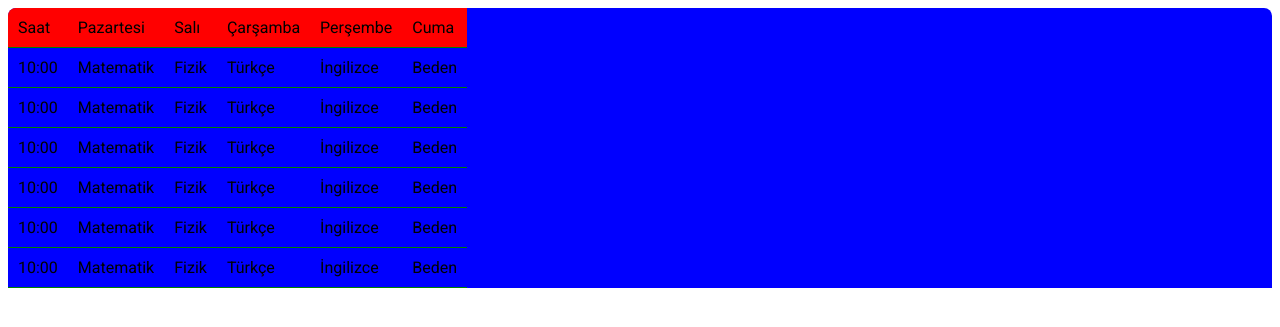
Repository: ahmetbugraozcan/css-ders-programi
Page: deneme2.html
The author's editor kept a copy of each file at every save. The page is drawn from the files as they stood at one save, then again after the next save.
The browser window is 1280 px wide. The pictures show the whole page.

Above is the page before, as saved 2021-07-10 14:38:19.

After the next save:
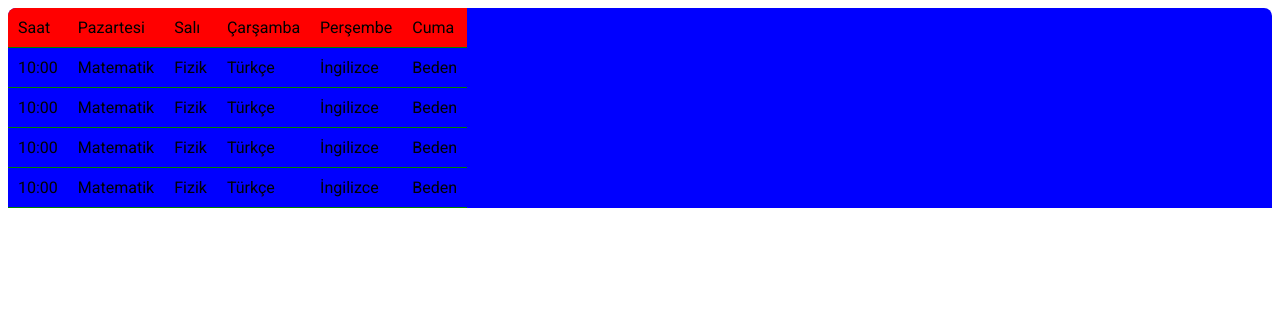
Saved 20 s later.
--- a/deneme2.html
+++ b/deneme2.html
@@ -4,35 +4,39 @@
 <head>
     <link href='http://fonts.googleapis.com/css?family=Roboto' rel='stylesheet' type='text/css'>
     <style>
-        *{
+        * {
             box-sizing: border-box;
         }
+
         body {
-        font-family: 'Roboto', sans-serif;
+            font-family: 'Roboto', sans-serif;
 
-    }
+        }
+
         .head {
             background-color: red;
 
         }
+
         .row {
             border-radius: 8px 8px 0 0;
             overflow: hidden;
-
+height: 200px;
             display: flex;
             flex-direction: row;
             background-color: blue;
 
         }
-        .row > div > div{
+
+        .row>div>div {
             border-bottom: 1px solid green;
 
         }
 
-        .row > div > div , .head{
+        .row>div>div,
+        .head {
             padding: 10px;
         }
-
     </style>
 </head>
 
